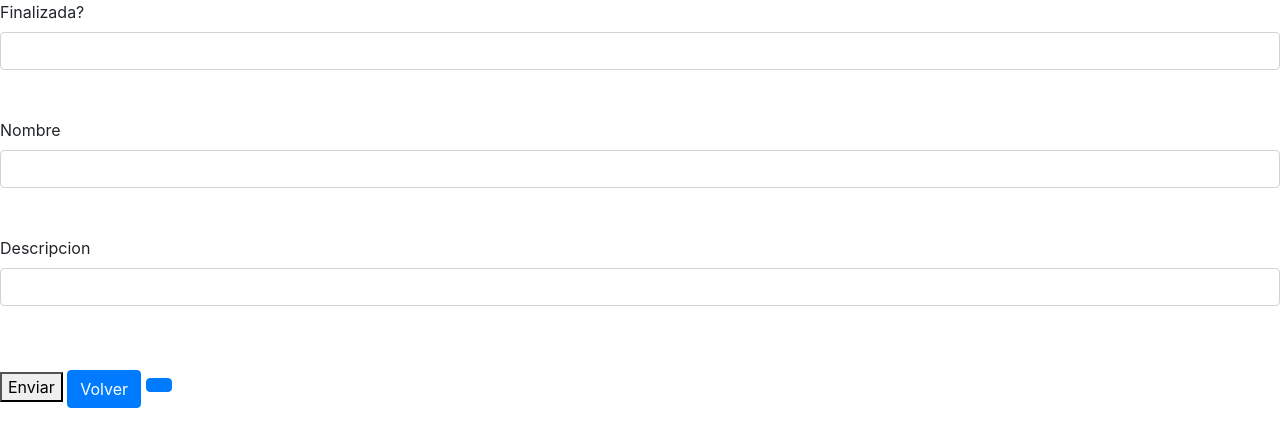
Repository: Alemartinez97/New-Repository
Page: programacion-3/tp4/tareas/formulario/form.html
These files come from the project's save history. The page is drawn as it stood at one moment and after the next save; the edit follows.
The browser window is 1280 px wide. The pictures show the whole page.

Above is the page before, as saved 2020-06-11 15:13:01.
Not found: programacion-3/tp4/tareas/formulario/main.js

After the next save:
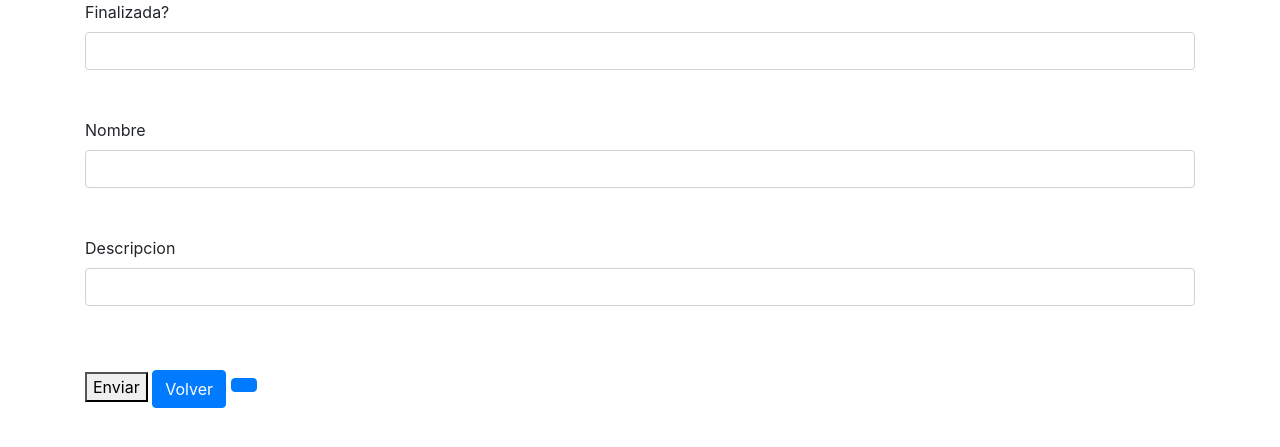
Saved 88 s later.
--- a/programacion-3/tp4/tareas/formulario/form.html
+++ b/programacion-3/tp4/tareas/formulario/form.html
@@ -12,22 +12,25 @@
 </head>
 
 <body>
-    <form class="form-group">
-        <label for="" >Finalizada?</label>
-        <input type="text" id="estado" class="form-control"  aria-describedby="emailHelp"><br>
-    </br>
-		<label for="">Nombre</label>
-        <input type="text" id="nombre" class="form-control"  aria-describedby="emailHelp"><br>
-    </br>
-        <label for="">Descripcion</label>
-        <input type="text" id="descripcion" class="form-control"  aria-describedby="emailHelp"><br>
-    </br>
-        </button>
-	</form>
+    <div class="container">
+        <form class="form-group">
+            <label for="" >Finalizada?</label>
+            <input type="text" id="estado" class="form-control"  aria-describedby="emailHelp"><br>
+        </br>
+            <label for="">Nombre</label>
+            <input type="text" id="nombre" class="form-control"  aria-describedby="emailHelp"><br>
+        </br>
+            <label for="">Descripcion</label>
+            <input type="text" id="descripcion" class="form-control"  aria-describedby="emailHelp"><br>
+        </br>
+            </button>
+        </form>
 
-    <button onclick="enviarDatos()">Enviar</button>
-    <a href="../lista.html" class="btn btn-primary">Volver</a>
-    <h3 id="resultado" class="btn btn-primary"></h3>
+        <button onclick="enviarDatos()">Enviar</button>
+        <a href="../lista.html" class="btn btn-primary">Volver</a>
+        <h3 id="resultado" class="btn btn-primary"></h3>
+    </div>
+
     <script src="./js/tp3.js"></script>
 </body>
 
